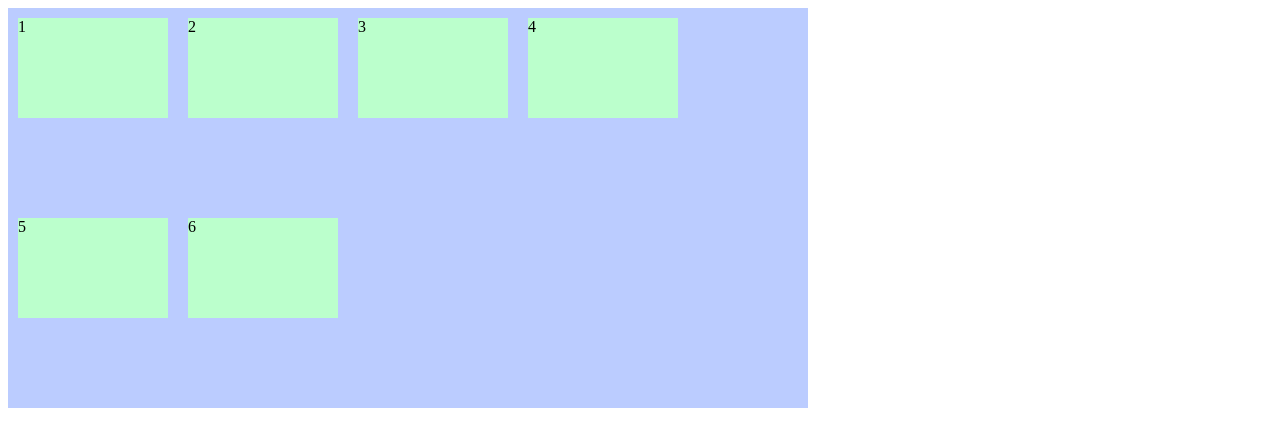
Repository: liutian97/learn1
Page: 移动端web开发/代码/2. Flex 伸缩布局/07-flex设置侧轴对齐方式（多行）.html
An editor plug-in stored every save of this project. The page is shown before and after the next save, followed by the edit.
The browser window is 1280 px wide. The pictures show the whole page.

Above is the page before, as saved 2022-07-02 17:34:28.

### 移动端web开发/代码/2. Flex 伸缩布局/07-flex设置侧轴对齐方式（多行）.html
<!DOCTYPE html>
<html lang="en">

<head>
  <meta charset="UTF-8">
  <meta http-equiv="X-UA-Compatible" content="IE=edge">
  <meta name="viewport" content="width=device-width, initial-scale=1.0">
  <title>Document</title>
  <style>
    div {
      width: 800px;
      height: 400px;
      background-color: #bcf;
      display: flex;
      /* 换行 */
      flex-wrap: wrap;
      /*  */
      /* align-items: center; */
      /* align-content: center; */
      /* align-content:flex-start; */
      align-centent: flex-end
    }

    div span {
      width: 150px;
      height: 100px;
      background-color: #bfc;
      margin: 10px;
    }
  </style>
</head>

<body>
  <div>
    <span>1</span>
    <span>2</span>
    <span>3</span>
    <span>4</span>
    <span>5</span>
    <span>6</span>

  </div>
</body>

</html>









<!-- <!DOCTYPE html>
<html lang="en">

<head>
    <meta charset="UTF-8">
    <meta name="viewport" content="width=device-width, initial-scale=1.0">
    <meta http-equiv="X-UA-Compatible" content="ie=edge">
    <title>Document</title>
    <style>
        div {
            display: flex;
            width: 800px;
            height: 400px;
            background-color: pink;
            /* 换行 */
            flex-wrap: wrap;
            /* 因为有了换行，此时我们侧轴上控制子元素的对齐方式我们用 align-content */
            /* align-content: flex-start; */
            /* align-content: center; */
            /* align-content: space-between; */
            align-content: space-around;
        }

        div span {
            width: 150px;
            height: 100px;
            background-color: purple;
            color: #fff;
            margin: 10px;
        }
    </style>
</head>

<body>
    <div>
        <span>1</span>
        <span>2</span>
        <span>3</span>
        <span>4</span>
        <span>5</span>
        <span>6</span>
    </div>
</body>

</html> -->

After the next save:
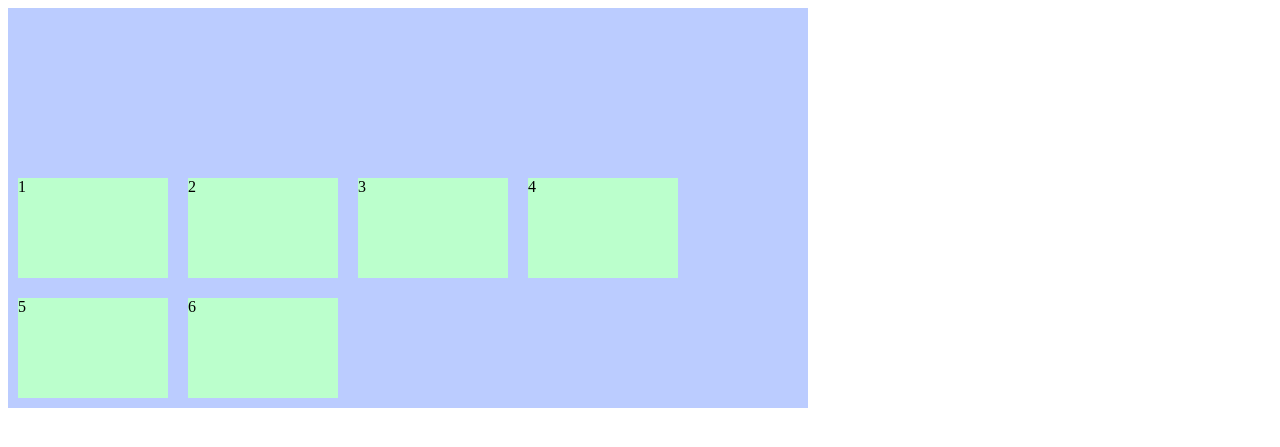
Saved 4 s later.
--- a/移动端web开发/代码/2. Flex 伸缩布局/07-flex设置侧轴对齐方式（多行）.html
+++ b/移动端web开发/代码/2. Flex 伸缩布局/07-flex设置侧轴对齐方式（多行）.html
@@ -18,7 +18,7 @@
       /* align-items: center; */
       /* align-content: center; */
       /* align-content:flex-start; */
-      align-centent: flex-end
+      align-content: flex-end
     }
 
     div span {

After the 3 saves that followed:
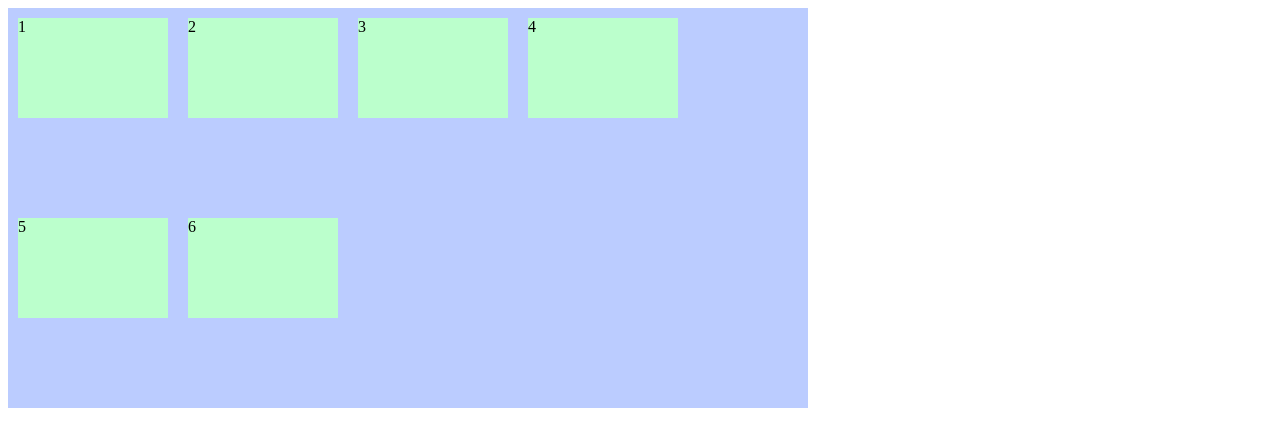
The 3 saves are shown as one change because 1 left the picture as it was and some came seconds apart.
The last was saved 13 s later.
--- a/移动端web开发/代码/2. Flex 伸缩布局/07-flex设置侧轴对齐方式（多行）.html
+++ b/移动端web开发/代码/2. Flex 伸缩布局/07-flex设置侧轴对齐方式（多行）.html
@@ -18,7 +18,8 @@
       /* align-items: center; */
       /* align-content: center; */
       /* align-content:flex-start; */
-      align-content: flex-end
+      /* align-content: flex-end; */
+      a
     }
 
     div span {
